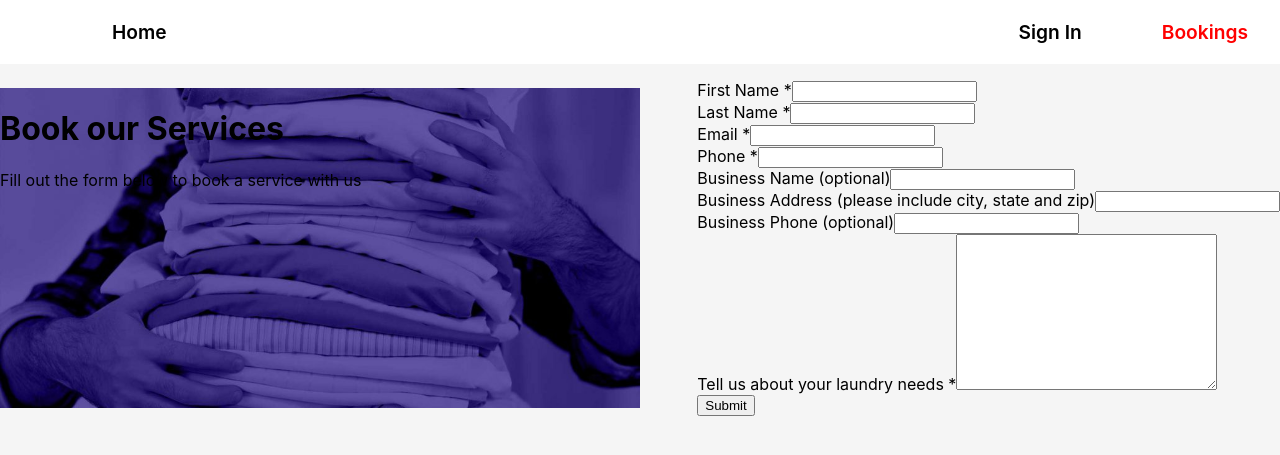
Repository: MikkyPrestige/fake-user-authentication
Page: /booking
The author's editor kept a copy of each file at every save. The page is drawn from the files as they stood at one save, then again after the next save.
The browser window is 1280 px wide. The pictures show the whole page.
The project was rebuilt for these pictures with package versions that can differ from the ones it lists, and the page was loaded fresh each time. Also part of the build but not shown: src/assets/styles/home.css, src/components/home.jsx.

Above is the page before, as saved 2022-11-20 03:09:02.

### src/index.css
body {
  margin: 0;
  font-family: -apple-system, BlinkMacSystemFont, 'Segoe UI', 'Roboto', 'Oxygen',
    'Ubuntu', 'Cantarell', 'Fira Sans', 'Droid Sans', 'Helvetica Neue',
    sans-serif;
  -webkit-font-smoothing: antialiased;
  -moz-osx-font-smoothing: grayscale;
  /* background-image: url(./assets/img/pattern_blue-1.jpg);
  background-repeat: no-repeat;
  background-size: cover;
  background-position: center;
  background-attachment: fixed; */
}

code {
  font-family: source-code-pro, Menlo, Monaco, Consolas, 'Courier New',
    monospace;
}

### src/App.jsx
import React from "react";
import { Route, Routes } from "react-router-dom";
import { Home, Navigation, Booking } from "./components";

function App() {
  return (
    <div className="App">
      <Navigation />
      <Routes>
      <Route path="/" element={< Home />} />
      <Route path="/booking" element={< Booking />} />
      </Routes>
    </div>
  );

}

export default App;

### src/components/index.js
export { default as Home } from './home';
export { default as Navigation } from './navigation';
export { default as Booking } from './booking';

### src/components/navigation.jsx
// NAVIGATION COMPONENT

import React from "react";
import { NavLink } from "react-router-dom";
import "../assets/styles/navigation.css";

const Navigation = () => {
  return (
    <div className="navigation">
      <nav className="navigation__links">
        <div className="navigation--link">
          <NavLink
            style={({ isActive }) =>
              isActive ? { color: "red" } : { color: "black" }
            }
            to="/"
            className="navigation__link--item"
          >
            Home
          </NavLink>
        </div>
        <div className="navigation__link--wrapper">
          <NavLink
            style={({ isActive }) =>
              isActive ? { color: "red" } : { color: "black" }
            }
            to="/signIn"
            className="navigation__link--item"
          >
            Sign In
          </NavLink>
          <NavLink
            style={({ isActive }) =>
              isActive ? { color: "red" } : { color: "black" }
            }
            to="/booking"
            className="navigation__link--item"
          >
            Bookings
          </NavLink>
        </div>
      </nav>
    </div>
  );
};

export default Navigation;

### src/components/booking.jsx
// REGISTER COMPONENT: This component is for the form to register with the company in the app

import React from "react";
import { useState } from "react";
import "../assets/styles/booking.css";

const Booking = () => {
  // Create a state for the form
  const [form, setForm] = useState({
    firstName: "",
    lastName: "",
    email: "",
    businessName: "",
    businessAddress: "",
    businessPhone: "",
    order: "",
  });

  // Create a state for the error
  const [error, setError] = useState({});
  // Create a state for the success
  const [success, setSuccess] = useState(false);

  // Create a function to handle the change
  const handleChange = (e) => {
    const { name, value } = e.target;
    setForm({ ...form, [name]: value }); // A spread operator is used to copy the form object and then add the name and value to the form object and then set the form object to the new form object with the name and value added to it
  };

  // Create a function to handle the submit
  const handleSubmit = (e) => {
    e.preventDefault();
    console.log(form);
    // Validate the form
    const validate = () => {
      let error = {};
      if (!form.firstName) {
        error.firstName = "First name is required";
      }
      if (!form.lastName) {
        error.lastName = "Last name is required";
      }
      if (!form.email) {
        error.email = "Email is required";
      }
      if (!form.phone) {
        error.phone = "Phone Number is required";
      }
      if (!form.order) {
        error.order = "Order is required";
      }
      return error;
    };
    // Set the error
    setError(validate());
    // Check if there is no error
    if (Object.keys(validate()).length === 0) {
      setSuccess(true);
    }
  };

  return (
    <div className="booking">
      <div className="booking__wrapper">
        <div className="booking__content">
          <h1 className="booking__title">Book our Services</h1>
          <p className="booking__description">
            Fill out the form below to book a service with us
          </p>
        </div>
        <form className="booking__form" onSubmit={handleSubmit}>
          <div className="booking__form--group">
            <label htmlFor="firstName" className="booking__form--label">
              First Name *
            </label>
            <input
              type="text"
              name="firstName"
              id="firstName"
              className="booking__form--input"
              onChange={handleChange}
              required
            />
            {error.firstName && (
              <p className="booking__form--error">{error.firstName}</p>
            )}
          </div>
          <div className="booking__form--group">
            <label htmlFor="lastName" className="booking_form--label">
              Last Name *
            </label>
            <input
              type="text"
              name="lastName"
              id="lastName"
              className="booking__form--input"
              onChange={handleChange}
              required
            />
            {error.lastName && (
              <p className="booking__form--error">{error.lastName}</p>
            )}
          </div>
          <div className="booking__form--group">
            <label htmlFor="email" className="booking__form--label">
              Email *
            </label>
            <input
              type="email"
              name="email"
              id="email"
              className="booking__form--input"
              onChange={handleChange}
              required
            />
            {error.email && (
              <p className="booking__form--error">{error.email}</p>
            )}
          </div>
          <div className="booking__form--group">
            <label htmlFor="phone" className="booking__form--label">
              Phone *
            </label>
            <input
              type="tel"
              name="phone"
              id="phone"
              className="booking__form--input"
              onChange={handleChange}
              required
            />
            {error.phone && (
              <p className="booking__form--error">{error.phone}</p>
            )}
          </div>
          <div className="booking__form--group">
            <label htmlFor="businessName" className="booking__form--label">
              Business Name (optional)
            </label>
            <input
              type="text"
              name="businessName"
              id="businessName"
              className="booking__form--input"
              onChange={handleChange}
            />
          </div>
          <div className="booking__form--group">
            <label htmlFor="businessAddress" className="booking__form--label">
              Business Address (please include city, state and zip)
            </label>
            <input
              type="text"
              name="businessAddress"
              id="businessAddress"
              className="booking__form--input"
              onChange={handleChange}
            />
          </div>
          <div className="booking__form--group">
            <label htmlFor="businessPhone" className="booking__form--label">
              Business Phone (optional)
            </label>
            <input
              type="text"
              name="businessPhone"
              id="businessPhone"
              className="booking__form--input"
              onChange={handleChange}
            />
          </div>
          <div className="booking__form--group">
            <label htmlFor="order" className="booking__form--label">
              Tell us about your laundry needs *
            </label>
            <textarea
              name="order"
              id="order"
              cols="30"
              rows="10"
              className="booking__form--input"
              onChange={handleChange}
              required
            ></textarea>
            {error.order && (
              <p className="booking__form--error">{error.order}</p>
            )}
          </div>
          <button className="booking__form--button">Submit</button>
        </form>
        {success && (
          <p className="booking__form--success">
            Your order is received and been fast tracked.
            <span>Thank you for choosing us.</span>
          </p>
        )}
      </div>
    </div>
  );
};

export default Booking;

### src/assets/styles/navigation.css
.navigation {
    background-color: #fff;
    height: 4rem;
    position: fixed;
    top: 0;
    width: 100%;
    z-index: 100;
}

.navigation__links {
    display: flex;
    justify-content: space-between;
    align-items: center;
    height: 100%;
    padding: 0 2rem;
}

.navigation__link--item {
    font-size: 1.2rem;
    font-weight: 600;
    text-decoration: none;
}

.navigation--link {
  margin-left: 5rem;
}

.navigation__link--wrapper {
  display: flex;
  align-items: center;
  gap: 5rem;
}

### src/assets/styles/booking.css
.booking {
  background: #f5f5f5;
  padding: 5rem 0;
}

.booking__wrapper {
  display: flex;
  justify-content: space-between;
  align-items: center;
  height: 100%;
}

.booking__content {
  width: 50%;
  height: 20rem;
  background-image: url(../img/folded-clothes.jpeg);
  background-repeat: no-repeat;
  background-size: cover;
  background-position: center;
}

Loaded but not shown: public/index.html (common file); src/index.js (common file)

After the next save:
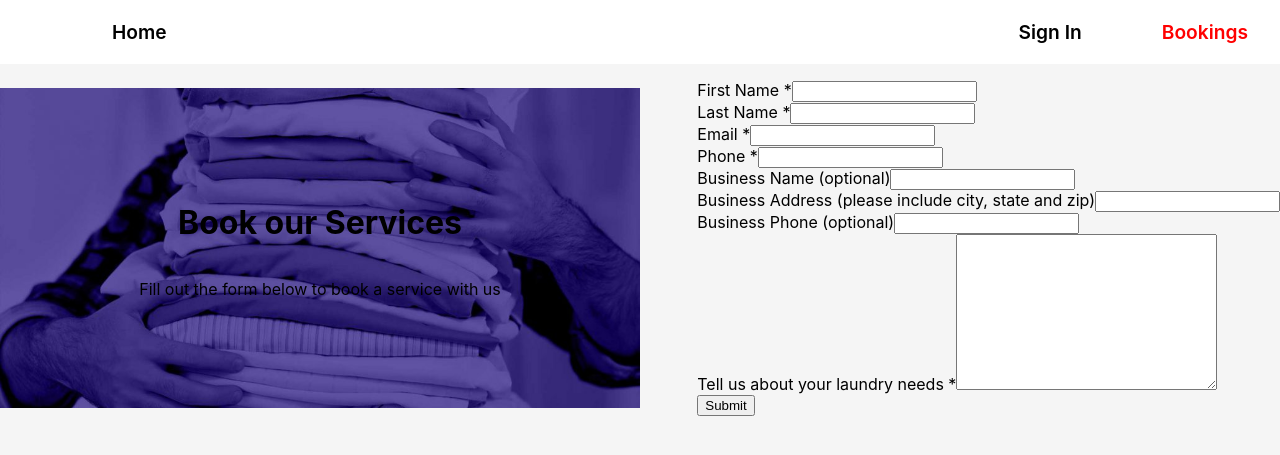
Saved 32 s later.
--- a/src/assets/styles/booking.css
+++ b/src/assets/styles/booking.css
@@ -17,4 +17,11 @@
   background-repeat: no-repeat;
   background-size: cover;
   background-position: center;
+
+  display: flex;
+  flex-direction: column;
+  justify-content: center;
+  align-items: center;
+  text-align: center;
+
 }
